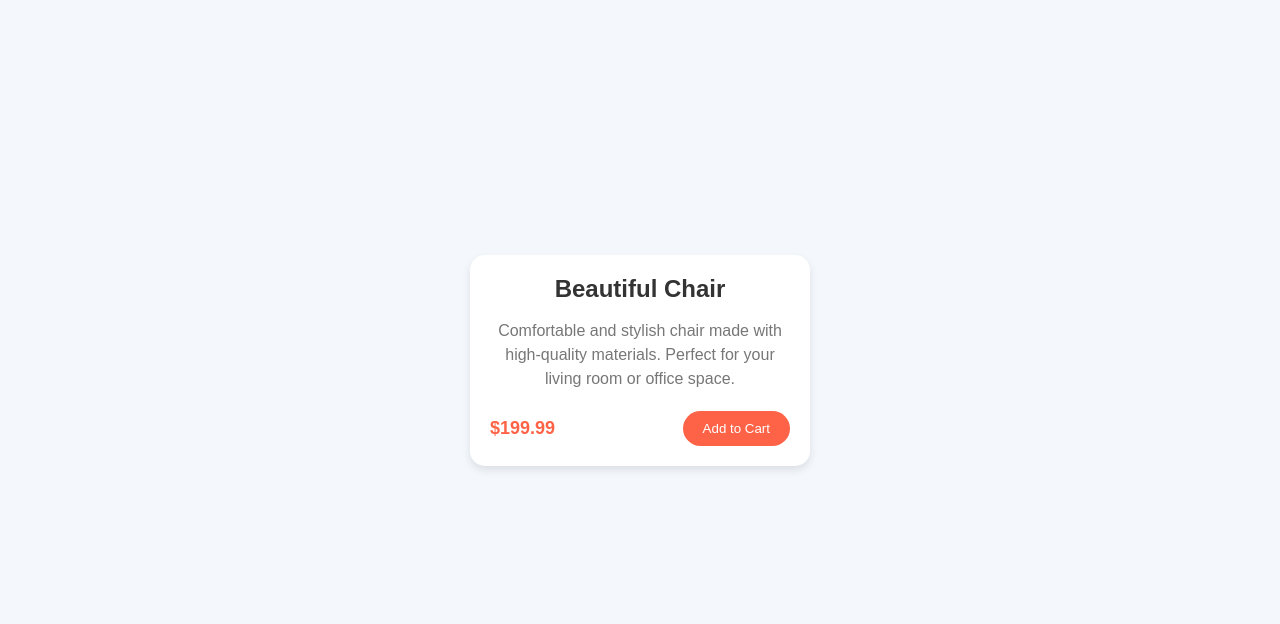
Repository: 12323397/K23KT
Page: css2.html
These files come from the project's save history. The page is drawn as it stood at one moment and after the next save; the edit follows.
The browser window is 1280 px wide. The pictures show the whole page.

Above is the page before, as saved 2025-01-29 14:48:41.

After the next save:
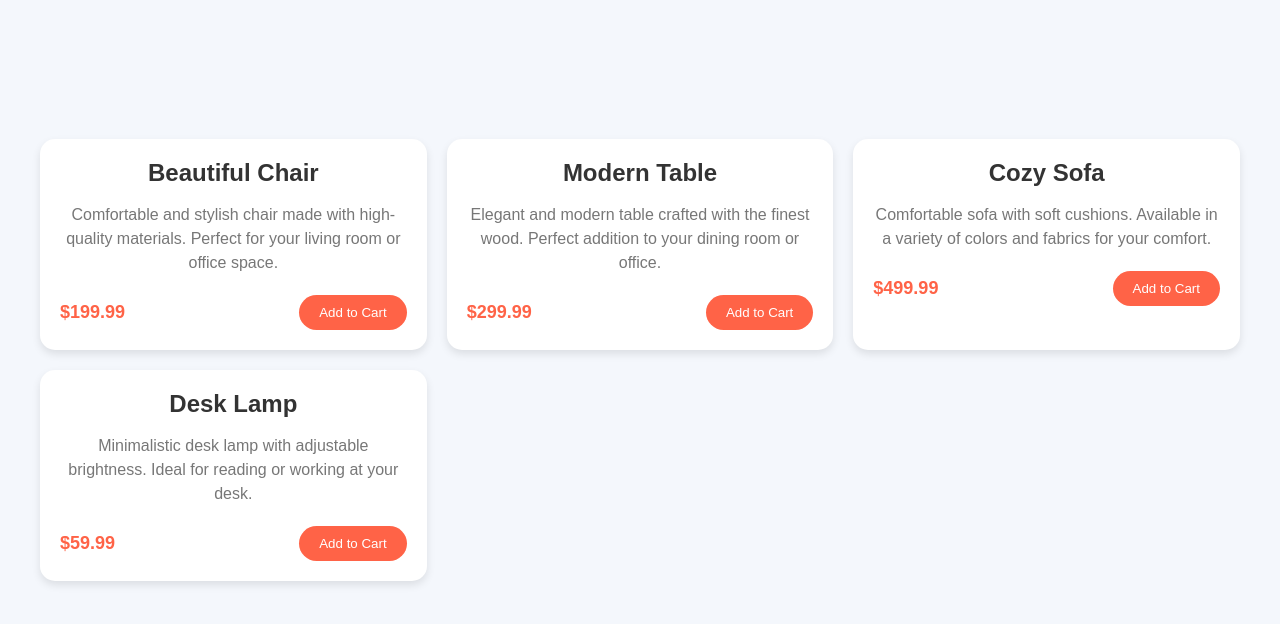
Saved 119 s later.
--- a/css2.html
+++ b/css2.html
@@ -3,7 +3,7 @@
 <head>
     <meta charset="UTF-8">
     <meta name="viewport" content="width=device-width, initial-scale=1.0">
-    <title>Designer Card Example</title>
+    <title>Designer Grid Cards</title>
     <style>
         body {
             font-family: 'Arial', sans-serif;
@@ -14,17 +14,26 @@
             justify-content: center;
             align-items: center;
             height: 100vh;
+            flex-direction: column;
+        }
+
+        .container {
+            display: grid;
+            grid-template-columns: repeat(auto-fill, minmax(300px, 1fr));
+            gap: 20px;
+            padding: 20px;
+            width: 100%;
+            max-width: 1200px;
         }
 
         .card {
-            width: 300px;
             background-color: #fff;
             border-radius: 15px;
             box-shadow: 0 4px 8px rgba(0, 0, 0, 0.1);
             overflow: hidden;
             transition: transform 0.3s ease, box-shadow 0.3s ease;
             padding: 20px;
-            margin: 20px;
+            margin: 0;
         }
 
         .card:hover {
@@ -82,25 +91,65 @@
 
         /* Responsive Design */
         @media (max-width: 600px) {
-            .card {
-                width: 80%;
-                margin: 10px;
+            .container {
+                grid-template-columns: 1fr;
             }
         }
     </style>
 </head>
 <body>
 
-    <div class="card">
-        <div class="card-header">
-            <h2>Beautiful Chair</h2>
+    <div class="container">
+        <div class="card">
+            <div class="card-header">
+                <h2>Beautiful Chair</h2>
+            </div>
+            <div class="card-content">
+                <p>Comfortable and stylish chair made with high-quality materials. Perfect for your living room or office space.</p>
+            </div>
+            <div class="card-footer">
+                <span class="price">$199.99</span>
+                <button>Add to Cart</button>
+            </div>
         </div>
-        <div class="card-content">
-            <p>Comfortable and stylish chair made with high-quality materials. Perfect for your living room or office space.</p>
+
+        <div class="card">
+            <div class="card-header">
+                <h2>Modern Table</h2>
+            </div>
+            <div class="card-content">
+                <p>Elegant and modern table crafted with the finest wood. Perfect addition to your dining room or office.</p>
+            </div>
+            <div class="card-footer">
+                <span class="price">$299.99</span>
+                <button>Add to Cart</button>
+            </div>
         </div>
-        <div class="card-footer">
-            <span class="price">$199.99</span>
-            <button>Add to Cart</button>
+
+        <div class="card">
+            <div class="card-header">
+                <h2>Cozy Sofa</h2>
+            </div>
+            <div class="card-content">
+                <p>Comfortable sofa with soft cushions. Available in a variety of colors and fabrics for your comfort.</p>
+            </div>
+            <div class="card-footer">
+                <span class="price">$499.99</span>
+                <button>Add to Cart</button>
+            </div>
+        </div>
+
+        <div class="card">
+            <div class="card-header">
+                <h2>Desk Lamp</h2>
+            </div>
+            <div class="card-content">
+                <p>Minimalistic desk lamp with adjustable brightness. Ideal for reading or working at your desk.</p>
+            </div>
+            <div class="card-footer">
+                <span class="price">$59.99</span>
+                <button>Add to Cart</button>
+            </div>
         </div>
     </div>
 
